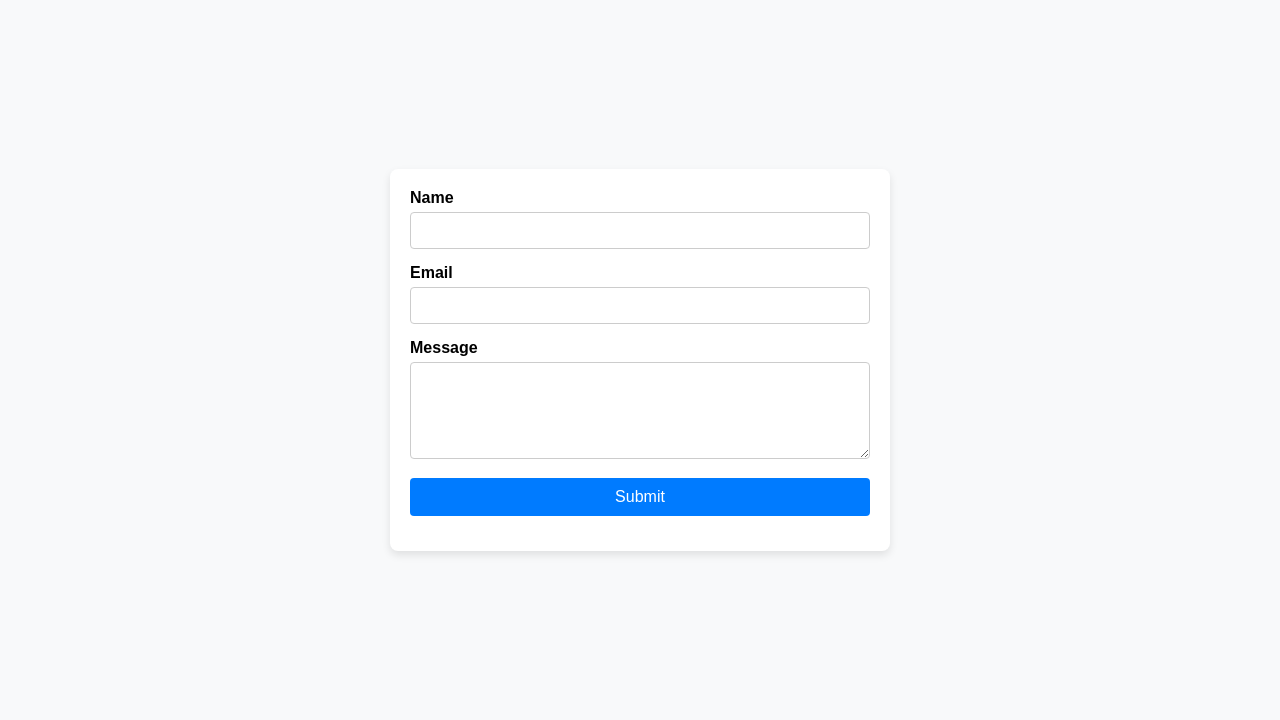
Repository: Reshu70/dental
Page: css/form.html
These files come from the project's save history. The page is drawn as it stood at one moment and after the next save; the edit follows.
The browser window is 1280 px wide. The pictures show the whole page.

Above is the page before, as saved 2024-06-06 11:19:11.

After the next save:
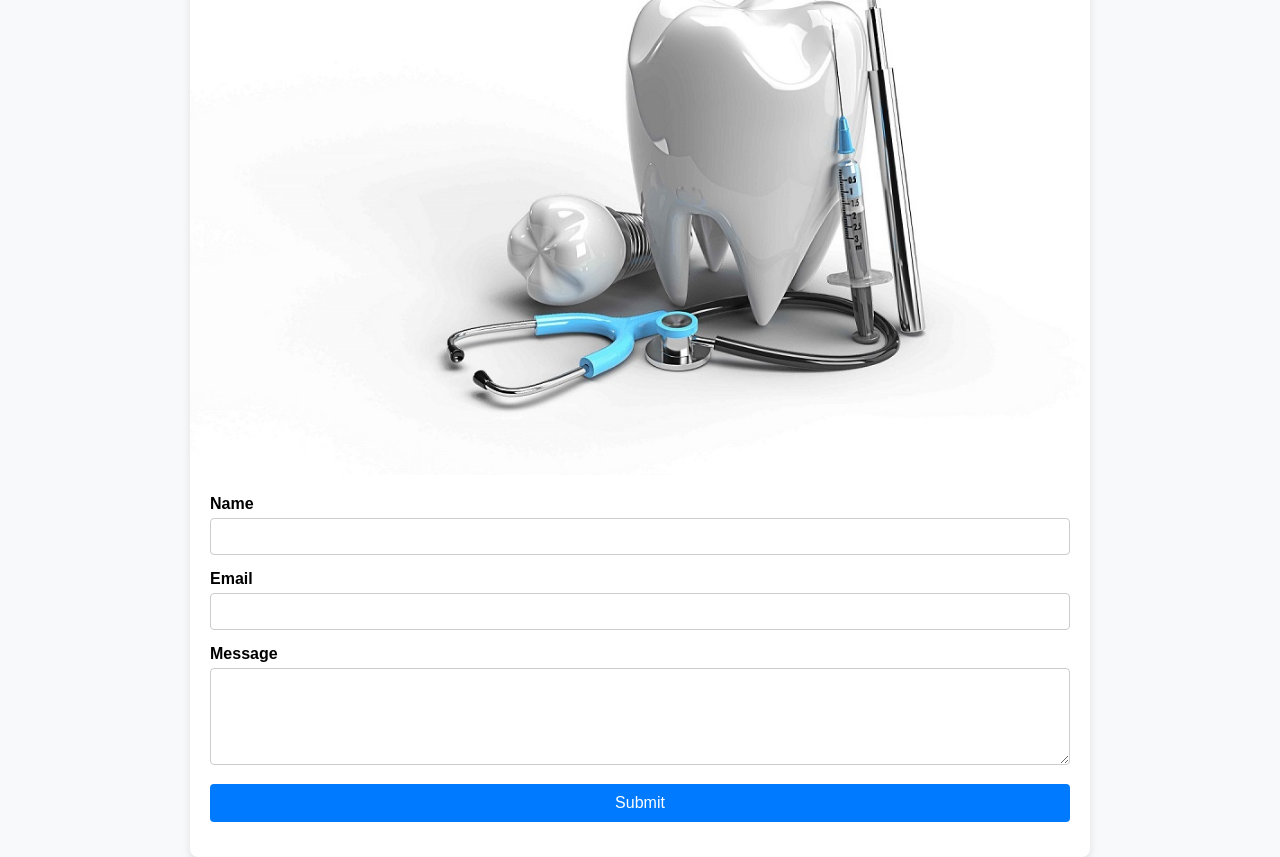
Saved 2 min 15 s later.
--- a/css/form.html
+++ b/css/form.html
@@ -3,7 +3,7 @@
 <head>
     <meta charset="UTF-8">
     <meta name="viewport" content="width=device-width, initial-scale=1.0">
-    <title>Responsive Form</title>
+    <title>Responsive Form with Image</title>
     <style>
         body {
             font-family: Arial, sans-serif;
@@ -15,14 +15,28 @@
             margin: 0;
         }
 
-        .form-container {
+        .container {
+            display: flex;
+            flex-wrap: wrap;
             background: #fff;
-            padding: 20px;
             border-radius: 8px;
             box-shadow: 0 4px 8px rgba(0, 0, 0, 0.1);
-            max-width: 500px;
+            max-width: 900px;
             width: 100%;
             box-sizing: border-box;
+        }
+
+        .container img {
+            flex: 1;
+            max-width: 100%;
+            border-top-left-radius: 8px;
+            border-bottom-left-radius: 8px;
+            object-fit: cover;
+        }
+
+        .form-container {
+            flex: 2;
+            padding: 20px;
         }
 
         .form-group {
@@ -62,27 +76,45 @@
         .form-group button:hover {
             background-color: #0056b3;
         }
+
+        @media (max-width: 768px) {
+            .container {
+                flex-direction: column;
+            }
+
+            .container img {
+                border-top-right-radius: 8px;
+                border-bottom-left-radius: 0;
+            }
+
+            .form-container {
+                padding: 15px;
+            }
+        }
     </style>
 </head>
 <body>
-    <div class="form-container">
-        <form>
-            <div class="form-group">
-                <label for="name">Name</label>
-                <input type="text" id="name" name="name" required>
-            </div>
-            <div class="form-group">
-                <label for="email">Email</label>
-                <input type="email" id="email" name="email" required>
-            </div>
-            <div class="form-group">
-                <label for="message">Message</label>
-                <textarea id="message" name="message" rows="5" required></textarea>
-            </div>
-            <div class="form-group">
-                <button type="submit">Submit</button>
-            </div>
-        </form>
+    <div class="container">
+        <img src="/images/About-us.jpg" alt="About Us Image">
+        <div class="form-container">
+            <form>
+                <div class="form-group">
+                    <label for="name">Name</label>
+                    <input type="text" id="name" name="name" required>
+                </div>
+                <div class="form-group">
+                    <label for="email">Email</label>
+                    <input type="email" id="email" name="email" required>
+                </div>
+                <div class="form-group">
+                    <label for="message">Message</label>
+                    <textarea id="message" name="message" rows="5" required></textarea>
+                </div>
+                <div class="form-group">
+                    <button type="submit">Submit</button>
+                </div>
+            </form>
+        </div>
     </div>
 </body>
 </html>
